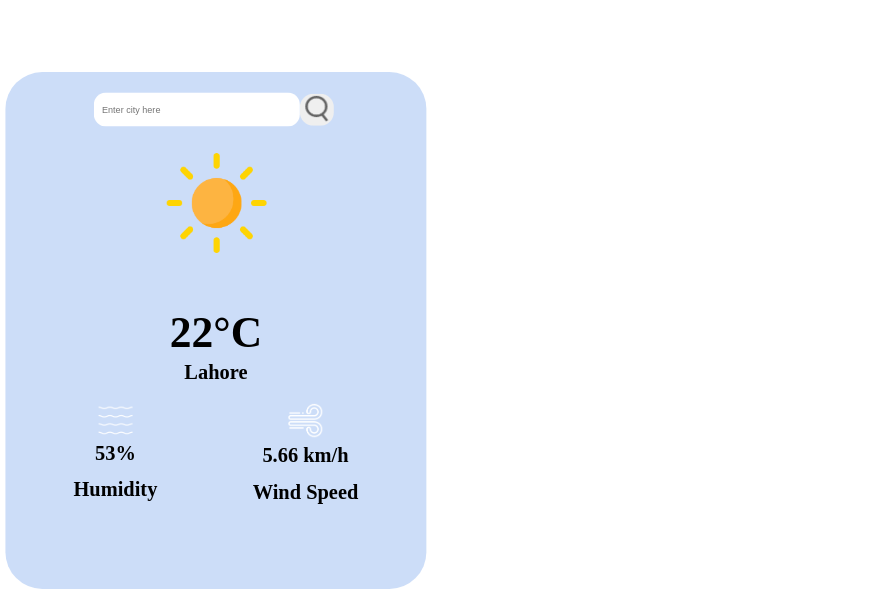
Repository: WajihaGul/Javascripts-Projects
Page: WEATHER APP/index.html
These files come from the project's save history. The page is drawn as it stood at one moment and after the next save; the edit follows.
The browser window is 1280 px wide. The pictures show the whole page, at 68% of full size.

Above is the page before, as saved 2024-06-07 16:43:12.
Not found: WEATHER APP/script.js

After the next save:
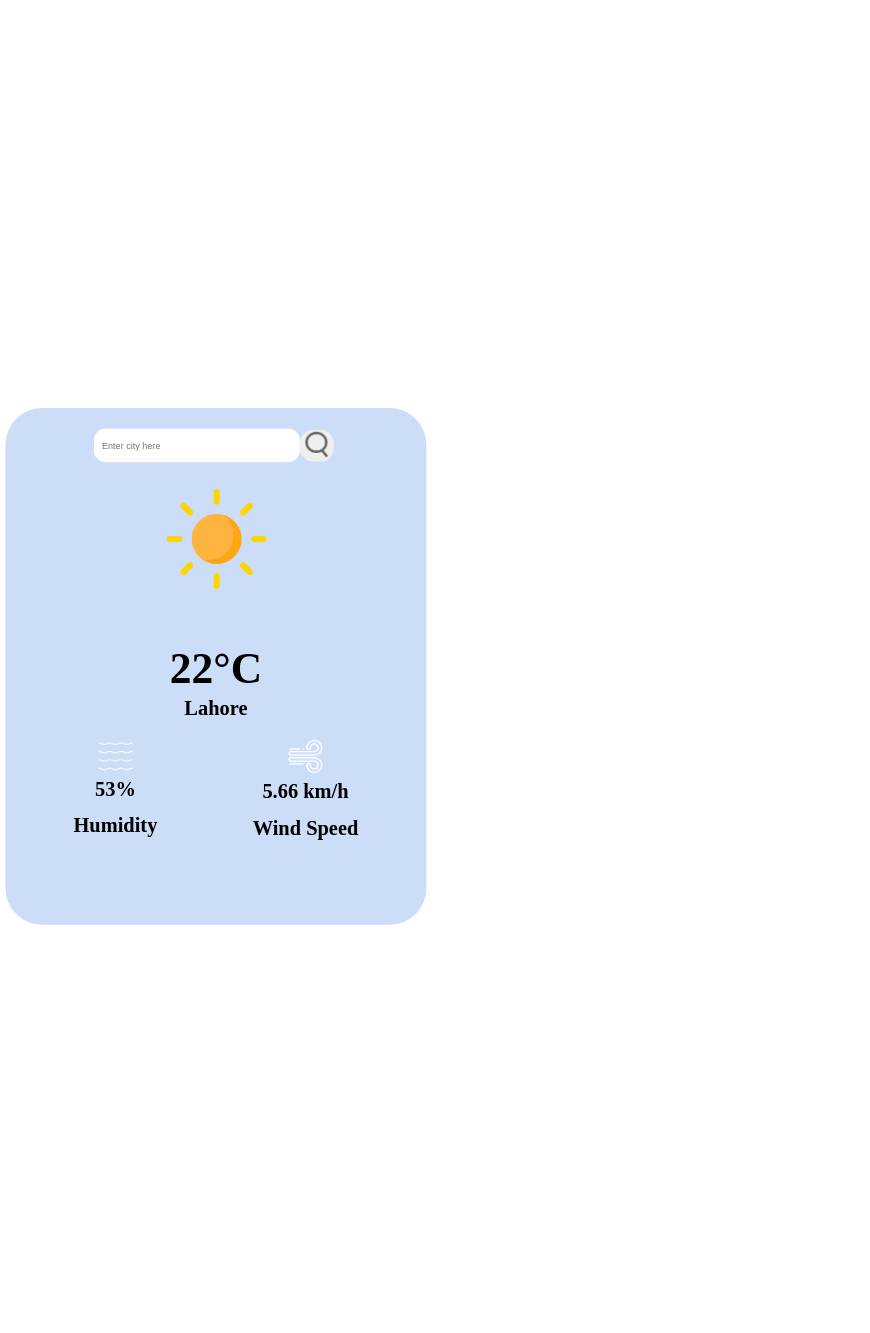
Saved 2 min 52 s later.
--- a/WEATHER APP/style.css
+++ b/WEATHER APP/style.css
@@ -4,7 +4,9 @@
     margin-top: 106px;
     border-radius: 54px;
     height: 700px;
-    padding: 30px
+    padding: 30px;
+    margin-bottom:600px;
+    margin-top: 600px;
 }
  .SearchInput{
     width: 303px;

After the 3 saves that followed:
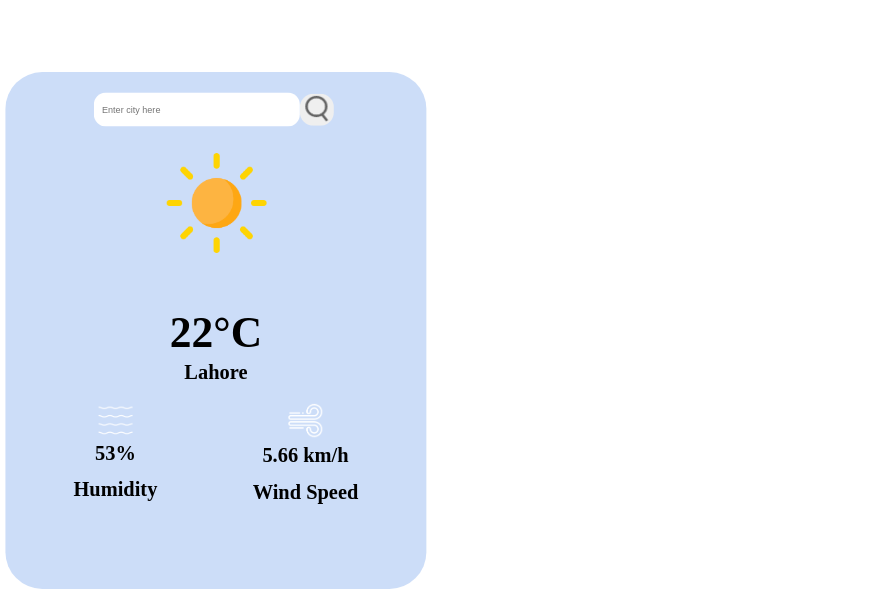
The 3 saves are shown as one change because 2 left the picture as it was.
The last was saved 33 s later.
--- a/WEATHER APP/style.css
+++ b/WEATHER APP/style.css
@@ -2,11 +2,12 @@
     background-color: rgb(154 187 241 / 50%);
     width: 559px;
     margin-top: 106px;
+    /* margin-bottom: 106px; */
     border-radius: 54px;
     height: 700px;
     padding: 30px;
-    margin-bottom:600px;
-    margin-top: 600px;
+    /* margin-bottom:600px;
+    margin-top: 600px; */
 }
  .SearchInput{
     width: 303px;
